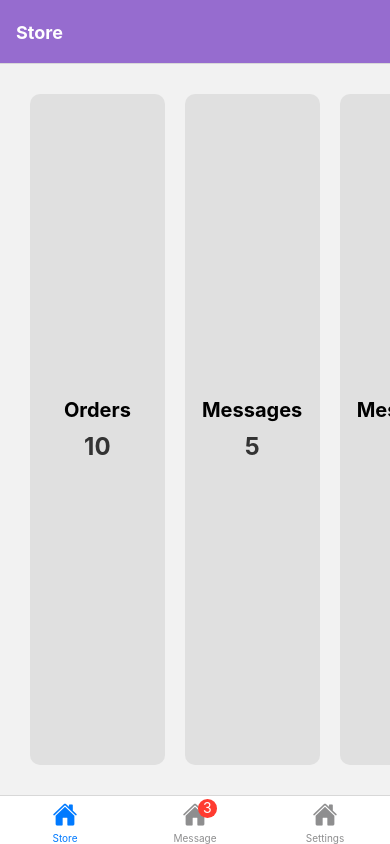
Repository: Waikato153/AwesomeProject
Screen: /
The author's editor kept a copy of each file at every save. The screen is drawn from the files as they stood at one save, then again after the next save.
The app was drawn by React Native's web renderer in a window 390 px wide. The project was rebuilt for these pictures with package versions that can differ from the ones it lists, and the page was loaded fresh each time.

Above is the screen before, as saved 2024-02-29 11:43:40.

### App.js
import * as React from 'react';
import { Text, View, StyleSheet} from 'react-native';
import { NavigationContainer } from '@react-navigation/native';
import { createBottomTabNavigator } from '@react-navigation/bottom-tabs';
import { Ionicons } from '@expo/vector-icons';

import HomeScreen from './screens/HomeScreen';

function SettingsScreen() {
  return (
    <View style={{ flex: 1, justifyContent: 'center', alignItems: 'center' }}>
      <Text>Settings!</Text>
    </View>
  );
}


const styles = StyleSheet.create({
  container: {
    flex: 1,
    justifyContent: 'center',
    backgroundColor: 'white',
    alignItems: 'center',
    padding: 8,
  },
  paragraph: {
    margin: 24,
    fontSize: 18,
    fontWeight: 'bold',
    textAlign: 'center',
  },
});

const Tab = createBottomTabNavigator();

function MyTabs() {
  return (

    <Tab.Navigator
      screenOptions={{
        tabBarIcon: ({ color, size }) => (
          <Ionicons name="home" color={color} size={size} />
        ),
        headerStyle: {
          backgroundColor: '#966ccf',
        },
        headerTintColor: '#fff',
        headerTitleStyle: {
          fontWeight: 'bold',
        },
      }}
    >
      <Tab.Screen
        name="Store"
        component={HomeScreen}

      />
      <Tab.Screen
        name="Message"
        component={SettingsScreen}
        options={{
          tabBarBadge: 3
        }}
      />
      <Tab.Screen
        name="Settings"
        component={SettingsScreen}
      />
    </Tab.Navigator>
  );
}

export default function App() {
  return (
    <NavigationContainer>
      <MyTabs />
    </NavigationContainer>
  );
}

### screens/HomeScreen.js
import React from 'react';
import { View, Text, StyleSheet, ScrollView } from 'react-native';

const HomeScreen = () => {
  return (
    <ScrollView horizontal={true} contentContainerStyle={styles.container}
    showsHorizontalScrollIndicator={false}>
      <View style={styles.block}>
        <Text style={styles.title}>Orders</Text>
        <Text style={styles.count}>10</Text>
      </View>
      <View style={styles.block}>
        <Text style={styles.title}>Messages</Text>
        <Text style={styles.count}>5</Text>
      </View>
      <View style={styles.block}>
        <Text style={styles.title}>Messages</Text>
        <Text style={styles.count}>5</Text>
      </View>
      <View style={styles.block}>
        <Text style={styles.title}>Messages</Text>
        <Text style={styles.count}>5</Text>
      </View>
      <View style={styles.block}>
        <Text style={styles.title}>Messages</Text>
        <Text style={styles.count}>5</Text>
      </View>
      <View style={styles.block}>
        <Text style={styles.title}>Messages</Text>
        <Text style={styles.count}>5</Text>
      </View>
    </ScrollView>
  );
};

const styles = StyleSheet.create({
  container: {
    padding: 20,
    flexDirection: 'row', // 水平方向布局
  },
  block: {
    flex:1,
    justifyContent: 'center',
    alignItems: 'center',
    backgroundColor: '#e0e0e0',
    borderRadius: 10,
    padding: 20,
    margin: 10,
  },
  title: {
    fontSize: 20,
    fontWeight: 'bold',
    marginBottom: 10,
  },
  count: {
    fontSize: 24,
    fontWeight: 'bold',
    color: '#333333',
  },
});

export default HomeScreen;

After the next save:
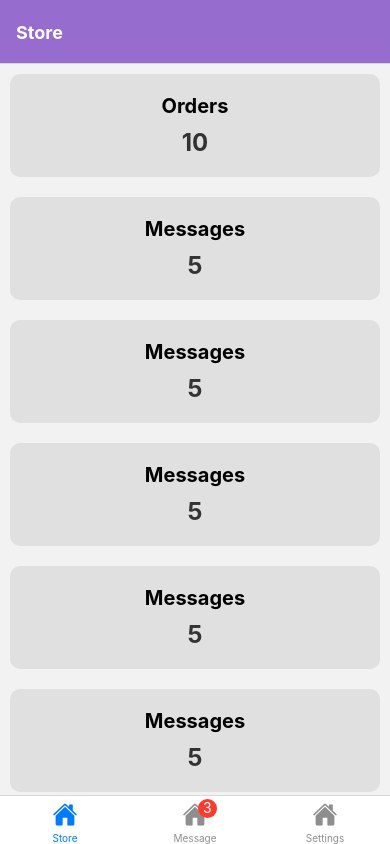
Saved 70 s later.
--- a/screens/HomeScreen.js
+++ b/screens/HomeScreen.js
@@ -3,7 +3,7 @@ import { View, Text, StyleSheet, ScrollView } from 'react-native';
 
 const HomeScreen = () => {
   return (
-    <ScrollView horizontal={true} contentContainerStyle={styles.container}
+    <View horizontal={true} contentContainerStyle={styles.container}
     showsHorizontalScrollIndicator={false}>
       <View style={styles.block}>
         <Text style={styles.title}>Orders</Text>
@@ -29,7 +29,7 @@ const HomeScreen = () => {
         <Text style={styles.title}>Messages</Text>
         <Text style={styles.count}>5</Text>
       </View>
-    </ScrollView>
+    </View>
   );
 };
 
